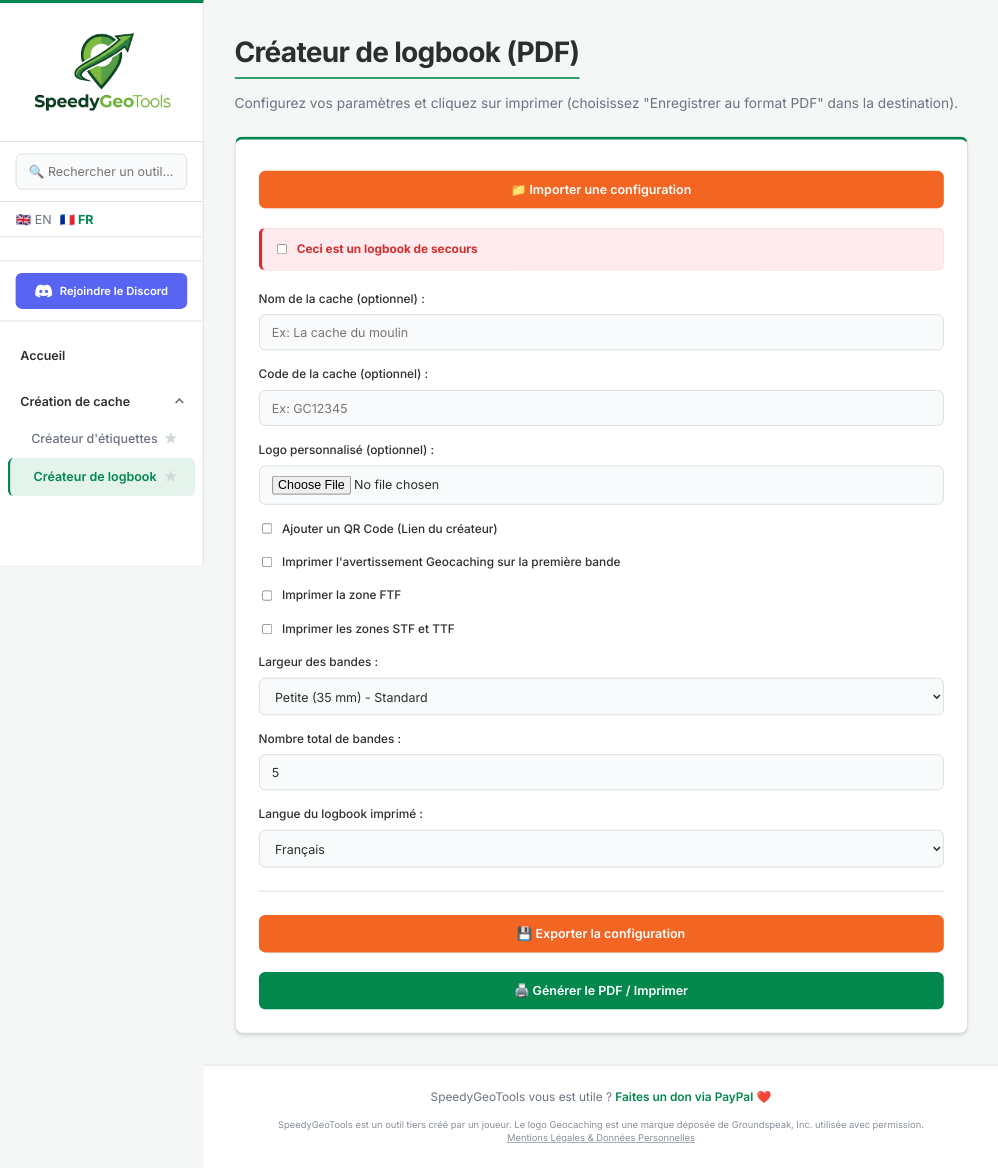
Repository: rodafux/SpeedyGeoTools
Page: fr/logbook.html
An editor plug-in stored every save of this project. The page is shown before and after the next save, followed by the edit.
The browser window is 1280 px wide. The pictures show the whole page, at 78% of full size.

Above is the page before, as saved 2026-04-11 01:24:06.

### fr/logbook.html
<!DOCTYPE html>
<html lang="fr">
<head>
    <meta charset="UTF-8">
    <meta name="viewport" content="width=device-width, initial-scale=1.0">
    <title>SpeedyGeoTools - Créateur de logbook</title>
    <meta name="description" content="Générez et imprimez instantanément des feuilles de log adaptées à la taille de vos géocaches (Micro, Small, Regular).">
    <link rel="alternate" hreflang="en" href="https://speedygeotools.com/logbook.html" />
    <link rel="alternate" hreflang="fr" href="https://speedygeotools.com/fr/logbook.html" />
    <link rel="alternate" hreflang="x-default" href="https://speedygeotools.com/logbook.html" />
    <link rel="preconnect" href="https://fonts.googleapis.com">
    <link rel="preconnect" href="https://fonts.gstatic.com" crossorigin>
    <link href="https://fonts.googleapis.com/css2?family=Inter:wght@400;500;600;700&display=swap" rel="stylesheet">
    <link rel="stylesheet" href="../css/style.css">
    <link rel="stylesheet" href="../css/print.css">
    <script src="https://cdnjs.cloudflare.com/ajax/libs/qrious/4.0.2/qrious.min.js"></script>
</head>
<body>
    <div class="app-sidebar no-print">
        <div class="sidebar-header">
            <a href="index.html" class="sidebar-brand">
                <img src="../logo.png" alt="SpeedyGeoTools" class="brand-logo">
            </a>
            <button class="mobile-menu-toggle" onclick="toggleMobileMenu()">☰</button>
        </div>
        <div class="sidebar-content" id="sidebarContent">
            <div class="search-container">
                <input type="text" id="toolSearch" placeholder="🔍 Rechercher un outil..." onkeyup="filterTools()">
            </div>
            <div style="padding: 10px 20px; border-bottom: 1px solid var(--border-color); display: flex; gap: 10px;">
                <a href="../logbook.html" style="text-decoration: none; color: var(--text-muted);">🇬🇧 EN</a>
                <a href="logbook.html" style="text-decoration: none; font-weight: bold; color: var(--primary-color);">🇫🇷 FR</a>
            </div>
            <div id="google_translate_element" class="translation-widget"></div>
            <div class="sidebar-discord">
                <a href="https://discord.gg/7D9yHJCKaA" target="_blank">
                    <svg viewBox="0 0 127.14 96.36" width="22" height="22" fill="currentColor"><path d="M107.7,8.07A105.15,105.15,0,0,0,81.47,0a72.06,72.06,0,0,0-3.36,6.83A97.68,97.68,0,0,0,49,6.83,72.37,72.37,0,0,0,45.64,0,105.89,105.89,0,0,0,19.39,8.09C2.79,32.65-1.71,56.6.54,80.21h0A105.73,105.73,0,0,0,32.71,96.36,77.7,77.7,0,0,0,39.6,85.25a68.42,68.42,0,0,1-10.85-5.18c.91-.66,1.8-1.34,2.66-2a75.57,75.57,0,0,0,64.32,0c.87.71,1.76,1.39,2.66,2a68.68,68.68,0,0,1-10.87,5.19,77,77,0,0,0,6.89,11.1A105.25,105.25,0,0,0,126.6,80.22h0C129.24,52.84,122.09,29.11,107.7,8.07ZM42.45,65.69C36.18,65.69,31,60,31,53s5-12.74,11.43-12.74S54,46,53.89,53,48.84,65.69,42.45,65.69Zm42.24,0C78.41,65.69,73.31,60,73.31,53s5-12.74,11.43-12.74S96.33,46,96.22,53,91.08,65.69,84.69,65.69Z"/></svg>
                    <span>Rejoindre le Discord</span>
                </a>
            </div>
            <div class="sidebar-nav">
                <a href="index.html">Accueil</a>
                <details open>
                    <summary>Création de cache</summary>
                    <a href="labels.html">Créateur d'étiquettes</a>
                    <a href="logbook.html" class="active">Créateur de logbook</a>
                </details>
            </div>
        </div>
    </div>
    <div class="app-content">
        <div class="container no-print">
            <h1>Créateur de logbook (PDF)</h1>
            <p class="subtitle">Configurez vos paramètres et cliquez sur imprimer (choisissez "Enregistrer au format PDF" dans la destination).</p>
            <div class="main-layout" style="display:block;">
                <div class="controls-panel">
                    <div style="margin-bottom: 25px;">
                        <input type="file" id="importLogbook" accept=".json" onchange="importLogbookConfig(event)" style="display: none;">
                        <button onclick="document.getElementById('importLogbook').click()" class="btn-secondary">📁 Importer une configuration</button>
                    </div>
                    <div class="form-group checkbox-group emergency-toggle">
                        <input type="checkbox" id="isEmergency">
                        <label for="isEmergency" style="color: #d32f2f; font-weight: bold;">Ceci est un logbook de secours</label>
                    </div>
                    <div class="form-group" id="emergencyPseudoGroup" style="display: none;">
                        <label for="emergencyPseudo">Votre pseudo (Déposé par) :</label>
                        <input type="text" id="emergencyPseudo" placeholder="Ex: GeoTrouveTout">
                    </div>
                    <div id="standardOptions">
                        <div class="form-group">
                            <label for="cacheName">Nom de la cache (optionnel) :</label>
                            <input type="text" id="cacheName" placeholder="Ex: La cache du moulin">
                        </div>
                        <div class="form-group">
                            <label for="cacheCode">Code de la cache (optionnel) :</label>
                            <input type="text" id="cacheCode" placeholder="Ex: GC12345">
                        </div>
                        <div class="form-group">
                            <label for="logoInput">Logo personnalisé (optionnel) :</label>
                            <input type="file" id="logoInput" accept="image/png, image/jpeg">
                        </div>
                        <div class="form-group checkbox-group">
                            <input type="checkbox" id="hasQrCode">
                            <label for="hasQrCode">Ajouter un QR Code (Lien du créateur)</label>
                        </div>
                        <div class="form-group" id="qrUrlGroup" style="display: none;">
                            <label for="qrUrl">Lien du QR Code :</label>
                            <input type="text" id="qrUrl" placeholder="https://...">
                        </div>
                    </div>
                    <div class="form-group checkbox-group">
                        <input type="checkbox" id="hasWarning">
                        <label for="hasWarning">Imprimer l'avertissement Geocaching sur la première bande</label>
                    </div>
                    <div id="podiumOptions">
                        <div class="form-group checkbox-group">
                            <input type="checkbox" id="hasFtf">
                            <label for="hasFtf">Imprimer la zone FTF</label>
                        </div>
                        <div class="form-group checkbox-group sub-checkbox" id="ftfTamponGroup" style="display: none;">
                            <input type="checkbox" id="hasFtfTampon" checked>
                            <label for="hasFtfTampon">Agrandir la zone FTF (Espace Tampon)</label>
                        </div>
                        <div class="form-group checkbox-group">
                            <input type="checkbox" id="hasStfTtf">
                            <label for="hasStfTtf">Imprimer les zones STF et TTF</label>
                        </div>
                        <div class="form-group checkbox-group sub-checkbox" id="stfTtfTamponGroup" style="display: none;">
                            <input type="checkbox" id="hasStfTtfTampon" checked>
                            <label for="hasStfTtfTampon">Agrandir les zones STF/TTF (Espace Tampon)</label>
                        </div>
                    </div>
                    <div class="form-group">
                        <label for="stripWidth">Largeur des bandes :</label>
                        <select id="stripWidth">
                            <option value="25">Micro (25 mm) - Sans tampons ni textes</option>
                            <option value="35" selected>Petite (35 mm) - Standard</option>
                            <option value="45">Normale (45 mm) - Large</option>
                        </select>
                    </div>
                    <div class="form-group">
                        <label for="stripCount">Nombre total de bandes :</label>
                        <input type="number" id="stripCount" value="5" min="1" max="100">
                    </div>
                    <div class="form-group">
                        <label for="pdfLanguage">Langue du logbook imprimé :</label>
                        <select id="pdfLanguage">
                            <option value="fr" selected>Français</option>
                            <option value="en">English (Anglais)</option>
                            <option value="de">Deutsch (Allemand)</option>
                            <option value="es">Español (Espagnol)</option>
                            <option value="it">Italiano (Italien)</option>
                            <option value="pt">Português (Portugais)</option>
                            <option value="nl">Nederlands (Néerlandais)</option>
                            <option value="cs">Čeština (Tchèque)</option>
                        </select>
                    </div>
                    <div style="margin-top: 30px; border-top: 1px solid var(--border-color); padding-top: 20px;">
                        <button onclick="exportLogbookConfig()" class="btn-secondary" style="margin-bottom: 15px;">💾 Exporter la configuration</button>
                        <button onclick="generateAndPrint()">🖨️ Générer le PDF / Imprimer</button>
                    </div>
                </div>
            </div>
        </div>
        <footer class="site-footer no-print">
            <p>SpeedyGeoTools vous est utile ? <a href="https://paypal.me/JulienPorcher" target="_blank" rel="noopener noreferrer">Faites un don via PayPal</a> ❤️</p>
            <p class="disclaimer">
                SpeedyGeoTools est un outil tiers créé par un joueur. Le logo Geocaching est une marque déposée de Groundspeak, Inc. utilisée avec permission.<br>
                <a href="legal.html">Mentions Légales & Données Personnelles</a>
            </p>
        </footer>
    </div>
    <div id="render-area"></div>
    <script type="text/javascript" src="//translate.google.com/translate_a/element.js?cb=googleTranslateElementInit"></script>
    <script src="../js/i18n.js"></script>
    <script src="../js/logbook.js"></script>
    <script src="../js/main.js"></script>
</body>
</html>

### css/print.css
@media print {
    @page { size: A4 portrait; margin: 0; }
    body { background: white; padding: 0; margin: 0; color: black; font-family: sans-serif; display: block; }
    body > * { display: none !important; }
    body > #render-area { display: block !important; width: 100%; }
    .a4-page { width: 210mm; height: 297mm; padding: 10mm 15mm; box-sizing: border-box; display: flex; justify-content: center; break-after: page; }
    .a4-page:last-child { page-break-after: auto; break-after: auto; }
    .log-strip { height: 100%; border: 1px solid #000; border-left: none; box-sizing: border-box; display: flex; flex-direction: column; overflow: hidden; }
    .log-strip:first-child { border-left: 1px solid #000; }
    .staple-area { min-height: 10mm; border-bottom: 1px dashed #999; }
    .official-logo-box { text-align: center; padding: 5mm 0; border-bottom: 1px solid #000; }
    .official-logo-box img { width: 20mm; height: auto; }
    .official-logo-box div { font-size: 7px; font-weight: bold; margin-top: 2px; }
    .strip-logo { width: 100%; max-height: 25mm; object-fit: contain; margin: 4mm 0; padding: 0 2mm; box-sizing: border-box; display: block; }
    .logo-container { border-bottom: 1px solid #000; }
    .created-on { text-align: center; font-size: 9px; font-weight: bold; background-color: #000 !important; color: #FFF !important; padding: 4px 1mm; border-bottom: 1px solid #000; text-transform: uppercase; letter-spacing: 0.3px; -webkit-print-color-adjust: exact; print-color-adjust: exact; }
    .cache-info { text-align: center; padding: 4px 3mm 4px 5mm; border-bottom: 1px solid #000; font-size: 10px; }
    .cache-info strong { font-size: 11px; display: block; }
    .emergency-box { padding: 6px 3mm 6px 5mm; border-bottom: 1px solid #000; font-size: 8px; line-height: 1.6; }
    .emergency-box strong { display: block; text-align: center; font-size: 10px; margin-bottom: 4px; }
    .warning-text { font-size: 6.5px; padding: 4px 3mm 4px 5mm; text-align: justify; line-height: 1.2; border-bottom: 1px solid #000; }
    .warning-text strong { display: block; text-align: center; margin-bottom: 3px; font-size: 7.5px; }
    .warning-text ul { padding-left: 8px; margin: 3px 0; }
    .qr-box { padding: 4px 3mm 4px 5mm; text-align: center; border-bottom: 1px solid #000; }
    .qr-title { font-size: 7px; font-weight: bold; margin-bottom: 2px; }
    .qr-warn { font-size: 6px; margin-top: 2px; color: #333; }
    .podium-box { display: flex; flex-direction: column; border-bottom: 1px solid #000; }
    .podium-stamp { border-bottom: 1px dotted #888; display: flex; flex-direction: column; padding: 2px 2px 2px 5mm; box-sizing: border-box; }
    .podium-stamp.with-tampon { min-height: 35mm; }
    .podium-stamp:last-child { border-bottom: none; }
    .podium-header { display: flex; flex-wrap: wrap; align-items: center; gap: 3px; font-size: 7px; color: #333; margin-bottom: 2mm; }
    .podium-title { font-weight: bold; font-size: 10px; color: #000; margin-right: 2px; }
    .podium-input-date { font-style: italic; }
    .podium-input-pseudo { font-style: italic; flex-grow: 1; }
    .podium-tampon { flex-grow: 1; display: flex; align-items: center; justify-content: center; font-size: 10px; color: #aaa; text-transform: uppercase; letter-spacing: 1px; border: 1px dotted #ccc; }
    .logs-container { flex-grow: 1; display: flex; flex-direction: column; }
    .log-row { flex: 1; border-bottom: 1px solid #ccc; box-sizing: border-box; display: flex; }
    .log-row:last-child { border-bottom: none; }
    .staple-spacer { border-bottom: 1px solid #ccc; }
    .log-date { width: 10mm; border-right: 1px dotted #ccc; font-size: 7px; padding: 2px 2px 2px 3mm; color: #666; box-sizing: border-box; }
    .log-name { flex-grow: 1; font-size: 7px; padding: 2px 2px 2px 2mm; color: #666; box-sizing: border-box; }
}

Loaded but not shown: js/logbook.js (400 lines, source omitted); js/i18n.js (218 lines, source omitted); js/main.js (199 lines, source omitted); css/style.css (196 lines, source omitted)

After the next save:
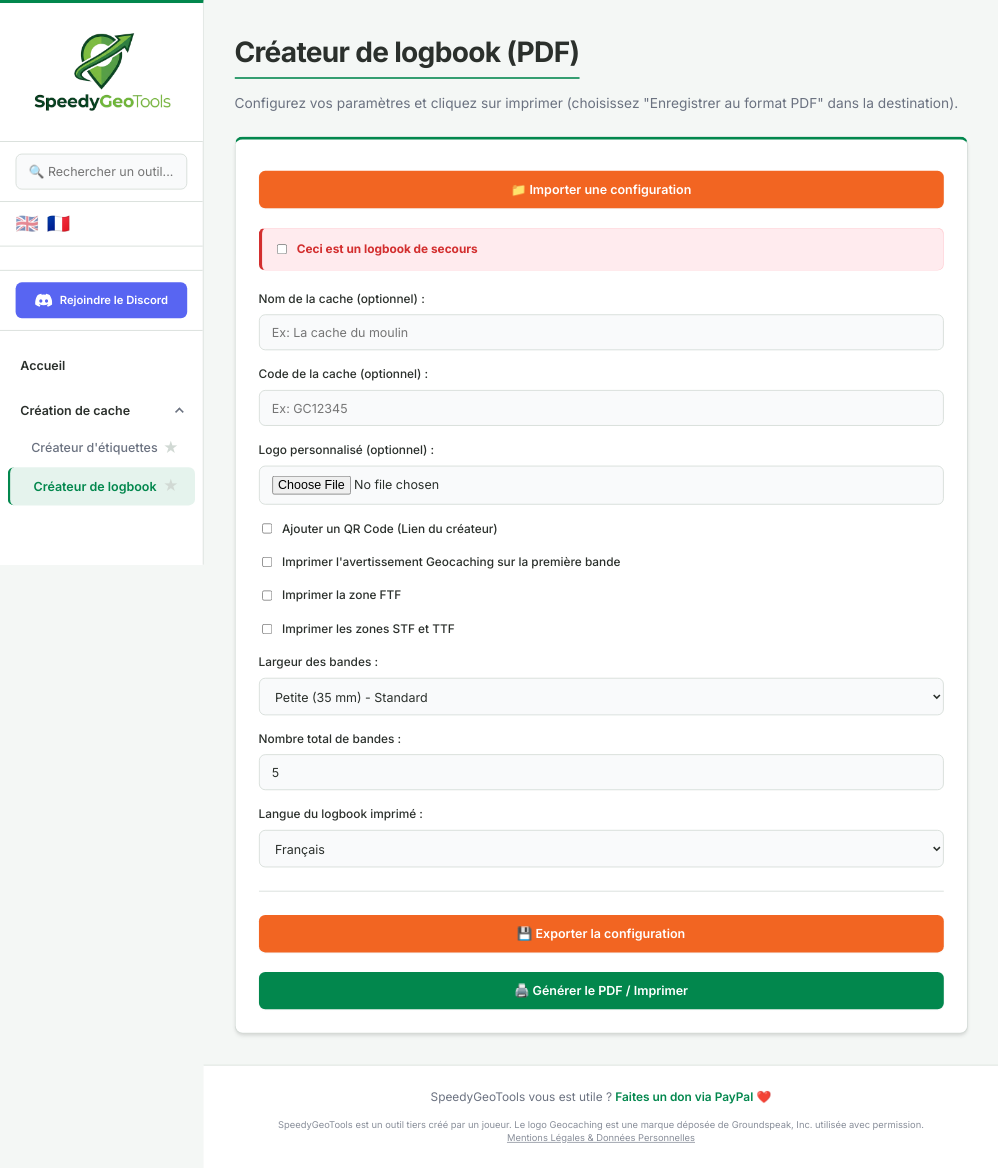
Saved 7 s later.
--- a/fr/logbook.html
+++ b/fr/logbook.html
@@ -28,8 +28,8 @@
                 <input type="text" id="toolSearch" placeholder="🔍 Rechercher un outil..." onkeyup="filterTools()">
             </div>
             <div style="padding: 10px 20px; border-bottom: 1px solid var(--border-color); display: flex; gap: 10px;">
-                <a href="../logbook.html" style="text-decoration: none; color: var(--text-muted);">🇬🇧 EN</a>
-                <a href="logbook.html" style="text-decoration: none; font-weight: bold; color: var(--primary-color);">🇫🇷 FR</a>
+                <a href="../logbook.html" style="text-decoration: none; font-size: 1.5rem; opacity: 0.5;">🇬🇧</a>
+                <a href="logbook.html" style="text-decoration: none; font-size: 1.5rem; opacity: 1;">🇫🇷</a>
             </div>
             <div id="google_translate_element" class="translation-widget"></div>
             <div class="sidebar-discord">
